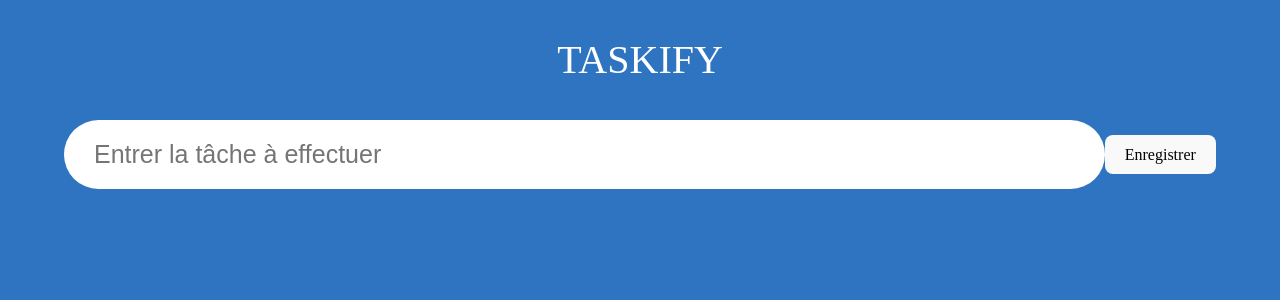
Repository: abdoulkarim20/react-ts-training
Page: /
An editor plug-in stored every save of this project. The page is shown before and after a run of saves, followed by the edit.
The browser window is 1280 px wide. The pictures show the whole page.
Some web fonts or font styles are not loaded; a fallback is used. The project was rebuilt for these pictures with package versions that can differ from the ones it lists, and the page was loaded fresh each time. Also part of the build but not shown: vite.config.ts.

Above is the page before, as saved 2024-01-23 00:05:53.

### src/App.tsx
import './App.css'
import InputField from './components/InputField'

function App() {
  return (
    <div className='App'>
      <span className='Heading'>Taskify</span>
      <InputField />
    </div>
  )
}

export default App

### src/App.css
@import url('https://fonts.googleapis.com/css2?family=Neucha&display=swap');

/* * {
  margin: 0;
  padding: 0;
  box-sizing: border-box;
  font-family: "Neucha", cursive;
} */

.App {
  width: 100vw;
  height: 100vh;
  display: flex;
  flex-direction: column;
  align-items: center;
  background-color: #2f74c0;
  font-family: "Neucha", cursive;
}

.Heading {
  text-transform: uppercase;
  font-size: 40px;
  color: white;
  margin: 30px 0;
  z-index: 1;
  text-align: center;
}

/**Media query mobile*/
@media only screen and (min-width:320px) and (max-width:767px) {}

/**Media query tablette*/
@media only screen and (min-width:768px) and (max-width:1024px) {}

/**Media query extra large*/
@media only screen and (min-width:1025px) and (max-width:1400px) {}

### src/components/InputField.tsx
import "./styles.css";
const InputField = () => {
    return (
        <form className="task-form">
            <input type="input" placeholder="Entrer la tâche à effectuer" className="input-task" />
            <button className="save-task-btn" type="submit">Enregistrer</button>
        </form>
    )
}
export default InputField

### src/components/styles.css
.task-form {
    display: flex;
    width: 90%;
    align-items: center;
}

.input-task {
    width: 100%;
    border-radius: 50px;
    padding: 20px 30px;
    font-size: 25px;
    border: none;
    transition: 0.2s;
    box-shadow: inset 0 0 ;
}

Loaded but not shown: index.html (common file); src/main.tsx (common file); src/index.css (common file)

After the next 2 saves:
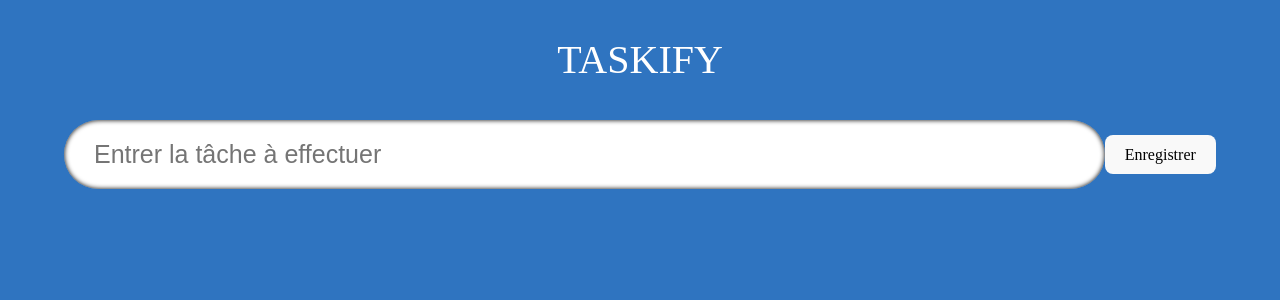
The 2 saves are shown as one change because they came seconds apart.
The last was saved 7 s later.
--- a/src/components/styles.css
+++ b/src/components/styles.css
@@ -11,5 +11,5 @@
     font-size: 25px;
     border: none;
     transition: 0.2s;
-    box-shadow: inset 0 0 ;
+    box-shadow: inset 0 0 5px black;
 }
